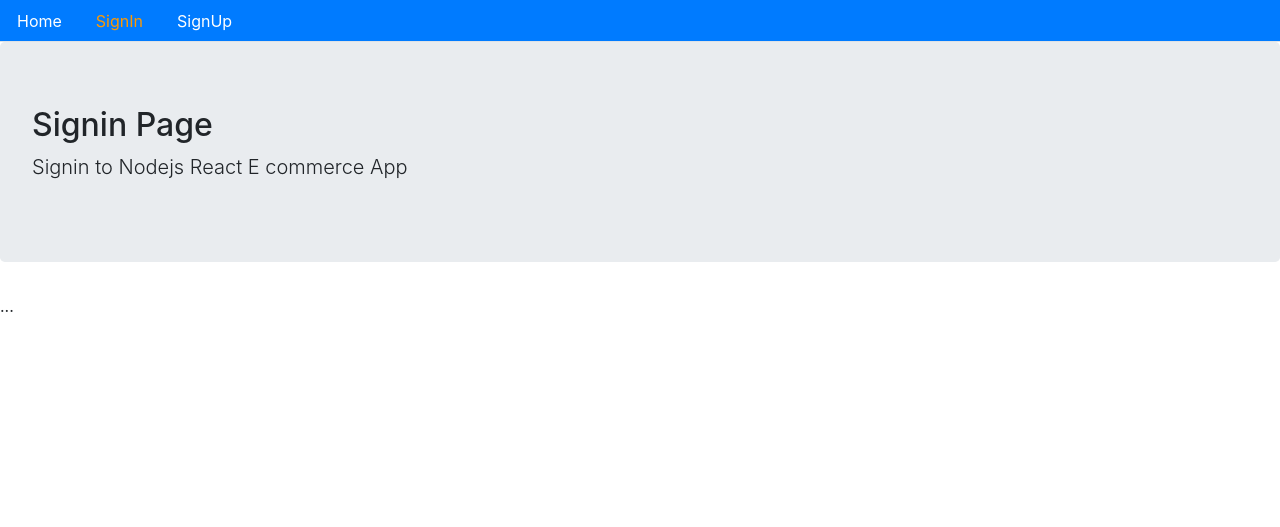
Repository: khanhnguyen1999/E-Commerce
Page: /signin (app in client/)
The author's editor kept a copy of each file at every save. The page is drawn from the files as they stood at one save, then again after the next save.
The browser window is 1280 px wide. The pictures show the whole page.
The page's requests for data from a server got no answer. The project was rebuilt for these pictures with package versions that can differ from the ones it lists, and the page was loaded fresh each time. No one was signed in, and anything a server would have sent is missing. Also part of the build but not shown: client/src/user/Signup.js, client/src/Page/Home.js.

Above is the page before, as saved 2020-09-23 00:11:21.

### client/public/index.html
<!DOCTYPE html>
<html lang="en">
  <head>
    <meta charset="utf-8" />
    <link rel="icon" href="%PUBLIC_URL%/favicon.ico" />
    <meta name="viewport" content="width=device-width, initial-scale=1" />
    <meta name="theme-color" content="#000000" />
    <meta
      name="description"
      content="Web site created using create-react-app"
    />
    <link rel="apple-touch-icon" href="%PUBLIC_URL%/logo192.png" />
    <!--
      manifest.json provides metadata used when your web app is installed on a
      user's mobile device or desktop. See https://developers.google.com/web/fundamentals/web-app-manifest/
    -->
    <link rel="manifest" href="%PUBLIC_URL%/manifest.json" />
    <link rel="stylesheet"
    href="https://maxcdn.bootstrapcdn.com/bootstrap/4.0.0/css/bootstrap.min.css"
    integrity="sha384-Gn5384xqQ1aoWXA+058RXPxPg6fy4IWvTNh0E263XmFcJlSAwiGgFAW/dAiS6JXm"
    crossorigin="anonymous">
    <!--
      Notice the use of %PUBLIC_URL% in the tags above.
      It will be replaced with the URL of the `public` folder during the build.
      Only files inside the `public` folder can be referenced from the HTML.

      Unlike "/favicon.ico" or "favicon.ico", "%PUBLIC_URL%/favicon.ico" will
      work correctly both with client-side routing and a non-root public URL.
      Learn how to configure a non-root public URL by running `npm run build`.
    -->
    <title>React App</title>
  </head>
  <body>
    <noscript>You need to enable JavaScript to run this app.</noscript>
    <div id="root"></div>
    <!--
      This HTML file is a template.
      If you open it directly in the browser, you will see an empty page.

      You can add webfonts, meta tags, or analytics to this file.
      The build step will place the bundled scripts into the <body> tag.

      To begin the development, run `npm start` or `yarn start`.
      To create a production bundle, use `npm run build` or `yarn build`.
    -->
  </body>
</html>

### client/src/index.js
import React from 'react';
import ReactDOM from 'react-dom';
import Routes from './Routes'

ReactDOM.render(<Routes />,document.getElementById('root'));

### client/src/Routes.js
import React from 'react'
import { BrowserRouter, Route ,Switch} from 'react-router-dom'

import Signup from './user/Signup'
import Signin from './user/Signin'
import Home from './Page/Home'



export default function Routes(){
    return(
        <BrowserRouter>
            <Switch>
                <Route path="/" exact component={Home}/>
                <Route path="/signin" exact component={Signin}/>
                <Route path="/signup" exact component={Signup}/>
            </Switch>
        </BrowserRouter>
    )
}

### client/src/user/SignIn.js
import React,{useState} from 'react'
import Layout from '../Page/Layout'
import {Link} from 'react-router-dom'
import {signin} from '../auth'


export default function Signin(){
    const [values,setValues]=useState({
        email:"",
        password:"",
        error:"",
        success:false
    })
    const {email,password,success,error}=values

    const handleChange = name => e =>{
        setValues({
            ...values,
            error:false,
            [name]:e.target.value
        })
    }
    const handleSubmit = (e) =>{
        e.preventDefault()
        setValues({...values,error:false})
        signin({email,password})
        .then(data=>{
            if(data?.error){
                 setValues({
                     ...values,error:data.error,success:false
                 })
            }
            setValues({
                ...values,
                email:'',
                password:'',
                error:'',
                success:true
            })
        })
    }
    const showError = ()=>(
        <div className="alert alert-danger" style={{display:error?'':"none"}}>
            {error}
        </div>
    )

    const showSuccess = ()=>(
        <div className="alert alert-primary" style={{display:success?'':"none"}}>
            New account is created. Please <Link to="/signin">SignIn</Link>
        </div>
    )

    const signUpForm = ()=>(
        <form>
            <div className="form-group">
                <lable className="text-muted">Email</lable>
                <input value={email} onChange={handleChange("email")} type="email" className="form-control"/>
            </div>
            <div className="form-group">
                <lable className="text-muted">Password</lable>
                <input value={password} onChange={handleChange("password")} type="password" className="form-control"/>
            </div>
            <button onClick={handleSubmit} className="btn btn-primary">Submit</button>
        </form>
    )
    return(
        <Layout title="Signin Page" description="Signin to Nodejs React E commerce App">
            ...
        </Layout>
    )
}

### client/src/Page/Layout.js
import React from 'react'
import Menu from './Menu'

export default function Layout({title="Title",description="Description",className ,children}){
    return(
        <>
            <Menu/>
            <div className="jumbotron">
                <h2>{title}</h2>
                <p className="lead">{description}</p>
            </div>
            <div className={className}>
                {children}
            </div>
        </>
    )
}

### client/src/auth/index.js
import {API} from '../config'


export const signup = user =>{
    return fetch(`${API}/signup`,{
        method:"POST",
        headers:{
            Accept: "application/json",
            "Content-Type":"application/json"
        },
        body:JSON.stringify(user)
    })
        .then(res=>{
            return res.json()
        })
        .catch(err=>{
            console.log(err)
        })
}
export const signin = user =>{
    return fetch(`${API}/signin`,{
        method:"POST",
        headers:{
            Accept: "application/json",
            "Content-Type":"application/json"
        },
        body:JSON.stringify(user)
    })
        .then(res=>{
            return res.json()
        })
        .catch(err=>{
            console.log(err)
        })
}

### client/src/Page/Menu.js
import React from 'react'
import {Link,withRouter} from 'react-router-dom'


const isActive = (history,path)=>{
    if(history.location.pathname===path){
        return {
            color:'#ff9900'
        }
    }
    else{
        return {
            color:'#fff'
        }
    }
}

function Menu({history}){
    return(
        <div>
            <ul className="nav nav-tabs bg-primary">
                <li className="nav-item">
                    <Link className="nav-link" to="/" style={isActive(history,'/')}>Home</Link>
                </li>
                <li className="nav-item">
                    <Link className="nav-link" to="/signin" style={isActive(history,'/signin')}>SignIn</Link>
                </li>
                <li className="nav-item">
                    <Link className="nav-link" to="/signup" style={isActive(history,'/signup')}>SignUp</Link>
                </li>
            </ul>
        </div>
    )
}

export default withRouter(Menu)

Loaded but not shown: client/src/config.js (common file)

After the next save:
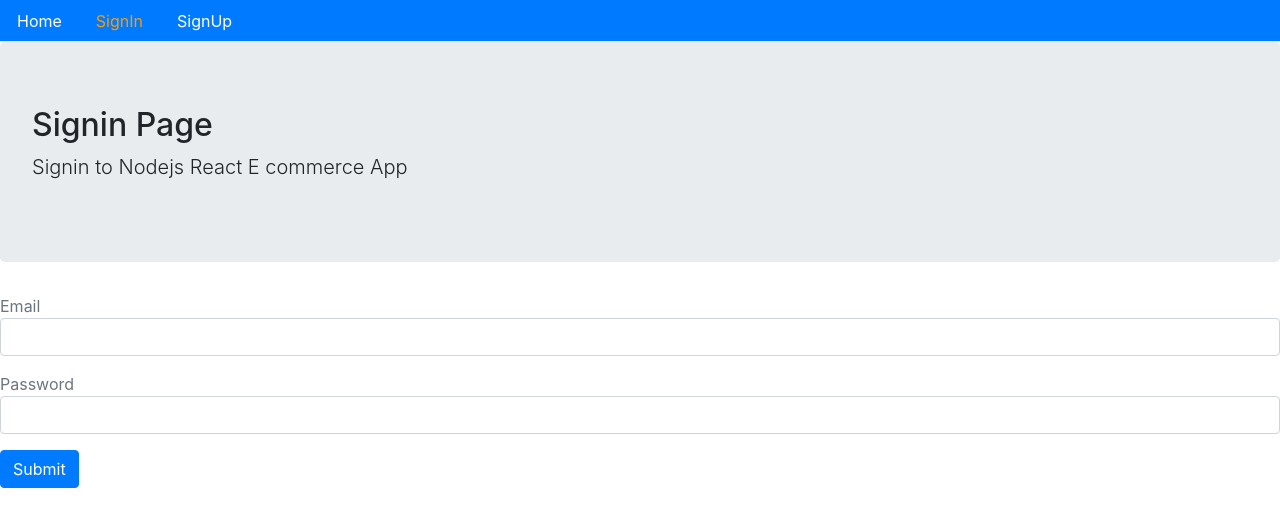
Saved 2 s later.
--- a/client/src/user/SignIn.js
+++ b/client/src/user/SignIn.js
@@ -51,7 +51,7 @@ export default function Signin(){
         </div>
     )
 
-    const signUpForm = ()=>(
+    const signInForm = ()=>(
         <form>
             <div className="form-group">
                 <lable className="text-muted">Email</lable>
@@ -66,7 +66,9 @@ export default function Signin(){
     )
     return(
         <Layout title="Signin Page" description="Signin to Nodejs React E commerce App">
-            ...
+                {showSuccess()}
+                {showError()}
+                {signInForm()}
         </Layout>
     )
 }
